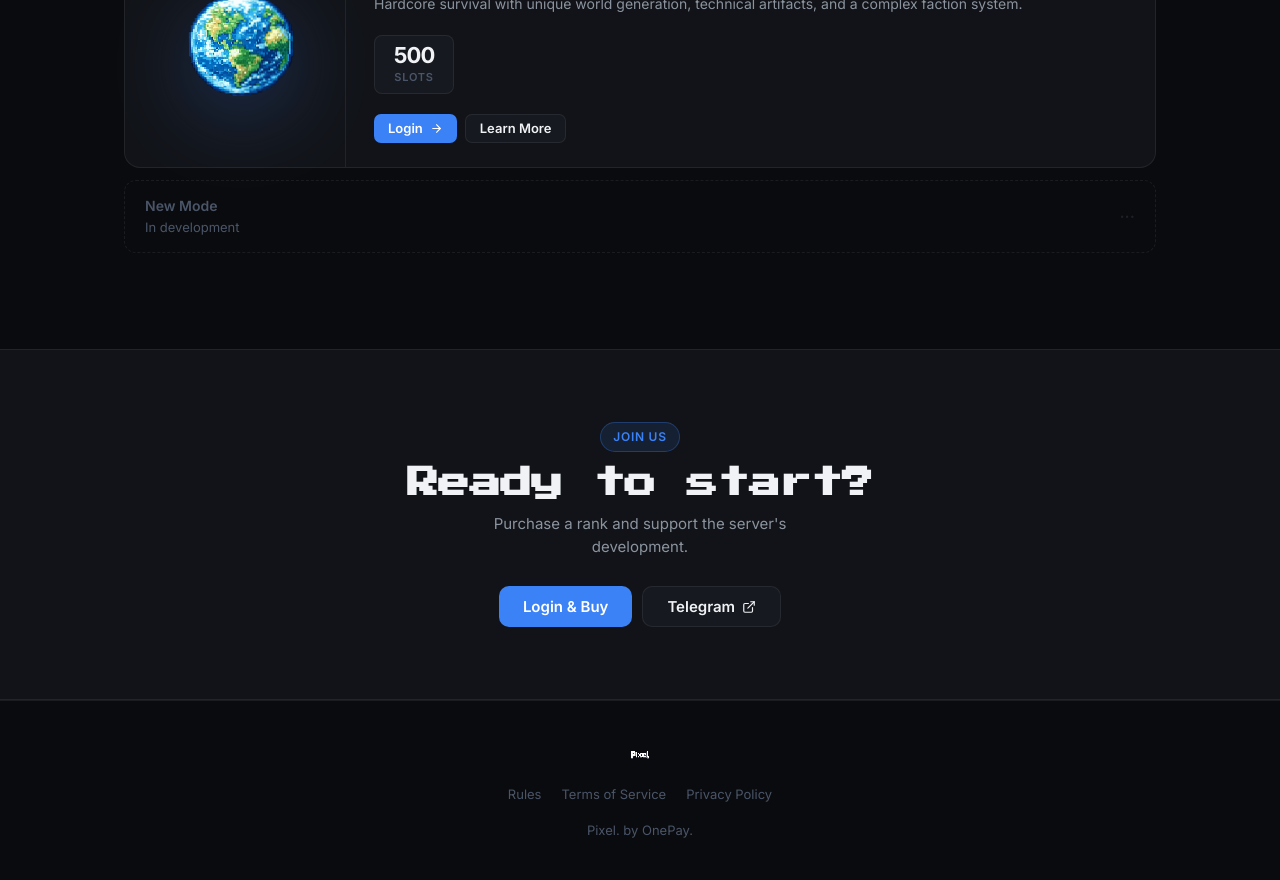
Repository: vanzero1448/sdfsdfsdfsdfsdfvhjvdfbudfgib
Page: / (app in front/)
An editor plug-in stored every save of this project. The page is shown before and after a run of saves, followed by the edit.
The browser window is 1280 px wide. The pictures show the part of the page from y = 997 to 1949 px (the page is 1877 px tall before and 1949 px after).
Some web libraries are served in a nearby version. The project was rebuilt for these pictures with package versions that can differ from the ones it lists, and the page was loaded fresh each time. Also part of the build but not shown: front/next.config.mjs, front/vite.config.ts, front/app/Donate.tsx, front/app/Community.tsx, front/app/Rules.tsx.

Above is the page before, as saved 2026-02-21 22:01:39.

### front/index.html
<!doctype html>
<html lang="ru">
  <head>
    <meta charset="UTF-8" />
    <meta name="viewport" content="width=device-width, initial-scale=1.0" />
    <title>IceTale | Hytale Server</title>
    <script src="https://cdn.tailwindcss.com"></script>
    <link
      href="https://fonts.googleapis.com/css2?family=Press+Start+2P&family=VT323&display=swap"
      rel="stylesheet"
    />
    <style>
      :root {
        --accent: #67e8f9;
      }
      body {
        font-family: "VT323", monospace;
        background-color: #0b162d;
        color: #e2e8f0;
        overflow-x: hidden;
        image-rendering: pixelated;
      }
      h1,
      h2,
      h3,
      h4,
      h5,
      h6 {
        font-family: "Press Start 2P", cursive;
      }

      /* Pixel scrollbar */
      ::-webkit-scrollbar {
        width: 18px;
      }
      ::-webkit-scrollbar-track {
        background: #0b162d;
        border-left: 3px solid #334155;
      }
      ::-webkit-scrollbar-thumb {
        background: #67e8f9;
        border: 3px solid #0b162d;
        box-shadow: inset 0 0 0 2px #000;
      }

      .pixel-box {
        background: #162a4a;
        border: 4px solid #000;
        box-shadow: 10px 10px 0 #000;
      }

      .pixel-btn {
        display: inline-block;
        border: 4px solid #000;
        background-color: #67e8f9;
        color: #0b162d;
        font-family: "VT323", monospace;
        font-size: 1.6rem;
        text-transform: uppercase;
        padding: 16px 32px;
        cursor: pointer;
        box-shadow:
          inset -6px -6px 0 rgba(0, 0, 0, 0.6),
          inset 6px 6px 0 rgba(255, 255, 255, 0.4);
        transition: all 0.1s linear;
      }
      .pixel-btn:hover {
        background-color: #a5f3fc;
      }
      .pixel-btn:active {
        transform: translate(4px, 4px);
        box-shadow:
          inset -3px -3px 0 rgba(0, 0, 0, 0.6),
          inset 3px 3px 0 rgba(255, 255, 255, 0.4);
      }

      .neon-cyan {
        text-shadow:
          0 0 10px #67e8f9,
          0 0 20px #67e8f9,
          4px 4px 0 #000;
      }

      .text-shadow-pixel {
        text-shadow: 4px 4px 0 #000;
      }

      .scanlines {
        background: linear-gradient(
          to bottom,
          transparent 50%,
          rgba(0, 0, 0, 0.25) 50%
        );
        background-size: 100% 6px;
        position: fixed;
        inset: 0;
        pointer-events: none;
        z-index: 9999;
        opacity: 0.2;
        mix-blend-mode: overlay;
      }
    </style>
    <script type="importmap">
      {
        "imports": {
          "react-dom/": "https://esm.sh/react-dom@^19.2.4/",
          "@google/genai": "https://esm.sh/@google/genai@^1.42.0",
          "lucide-react": "https://esm.sh/lucide-react@^0.575.0",
          "react/": "https://esm.sh/react@^19.2.4/",
          "react": "https://esm.sh/react@^19.2.4"
        }
      }
    </script>
  </head>
  <body>
    <div id="root"></div>
    <script type="module" src="/index.tsx"></script>
  </body>
</html>

### front/index.tsx
import React from "react";
import ReactDOM from "react-dom/client";
import "./index.css";
import App from "./App";

const root = ReactDOM.createRoot(
  document.getElementById("root") as HTMLElement,
);

root.render(
  <React.StrictMode>
    <App />
  </React.StrictMode>,
);

### front/index.css
@import url("https://fonts.googleapis.com/css2?family=Inter:wght@300;400;500;600;700&display=swap");

*,
*::before,
*::after {
  box-sizing: border-box;
  margin: 0;
  padding: 0;
}

:root {
  --bg: #0a0b0e;
  --bg-1: #111318;
  --bg-2: #16191f;
  --bg-3: #1c2028;
  --line: rgba(255, 255, 255, 0.07);
  --line-hover: rgba(255, 255, 255, 0.13);
  --t1: #f0f2f5;
  --t2: #8b949e;
  --t3: #4a5568;
  --blue: #3b82f6;
  --blue-hover: #2563eb;
  --blue-dim: rgba(59, 130, 246, 0.12);
  --blue-line: rgba(59, 130, 246, 0.3);
}

html {
  scroll-behavior: smooth;
}

body {
  font-family:
    "Inter",
    -apple-system,
    BlinkMacSystemFont,
    sans-serif;
  background: var(--bg);
  color: var(--t1);
  -webkit-font-smoothing: antialiased;
  overflow-x: hidden;
}

::selection {
  background: rgba(59, 130, 246, 0.3);
}

::-webkit-scrollbar {
  width: 4px;
}
::-webkit-scrollbar-track {
  background: var(--bg);
}
::-webkit-scrollbar-thumb {
  background: var(--bg-3);
  border-radius: 4px;
}
::-webkit-scrollbar-thumb:hover {
  background: var(--t3);
}

/* ─── TYPOGRAPHY ─── */
h1,
h2,
h3 {
  letter-spacing: -0.03em;
  line-height: 1.1;
}

.label {
  font-size: 11px;
  font-weight: 600;
  letter-spacing: 0.1em;
  text-transform: uppercase;
  color: var(--blue);
}

/* ─── LAYOUT ─── */
.container {
  max-width: 1080px;
  margin: 0 auto;
  padding: 0 24px;
}
.container-sm {
  max-width: 720px;
  margin: 0 auto;
  padding: 0 24px;
}

/* ─── NAVBAR ─── */
.navbar {
  position: fixed;
  top: 0;
  left: 0;
  right: 0;
  z-index: 100;
  height: 60px;
  transition:
    background 0.2s,
    border-color 0.2s;
}
.navbar.solid {
  background: rgba(10, 11, 14, 0.9);
  backdrop-filter: blur(20px);
  border-bottom: 1px solid var(--line);
}
.navbar-inner {
  height: 60px;
  display: flex;
  align-items: center;
  justify-content: space-between;
  max-width: 1080px;
  margin: 0 auto;
  padding: 0 24px;
}
.logo {
  display: flex;
  align-items: center;
  gap: 10px;
  background: none;
  border: none;
  cursor: pointer;
  text-decoration: none;
}
.logo-icon {
  width: 30px;
  height: 30px;
  border-radius: 8px;
  background: var(--blue);
  display: flex;
  align-items: center;
  justify-content: center;
  font-size: 14px;
}
.logo-text {
  font-size: 15px;
  font-weight: 700;
  color: var(--t1);
  letter-spacing: -0.02em;
}
.logo-text span {
  color: var(--blue);
}
.nav-links {
  display: flex;
  align-items: center;
  gap: 2px;
}
.nav-link {
  font-size: 14px;
  font-weight: 500;
  color: var(--t2);
  padding: 6px 12px;
  border-radius: 8px;
  background: none;
  border: none;
  cursor: pointer;
  transition:
    color 0.15s,
    background 0.15s;
  text-decoration: none;
  white-space: nowrap;
}
.nav-link:hover {
  color: var(--t1);
  background: var(--bg-2);
}
.nav-link.active {
  color: var(--t1);
}
.nav-sep {
  width: 1px;
  height: 18px;
  background: var(--line);
  margin: 0 8px;
}
.online-dot {
  width: 7px;
  height: 7px;
  border-radius: 50%;
  background: #22c55e;
  box-shadow: 0 0 6px rgba(34, 197, 94, 0.6);
}
.nav-mobile-btn {
  display: none;
  background: none;
  border: none;
  cursor: pointer;
  color: var(--t2);
  padding: 4px;
}
.nav-mobile-menu {
  position: absolute;
  top: 60px;
  left: 0;
  right: 0;
  background: rgba(10, 11, 14, 0.97);
  backdrop-filter: blur(20px);
  border-bottom: 1px solid var(--line);
  padding: 8px 16px 16px;
}
.nav-mobile-link {
  display: block;
  width: 100%;
  text-align: left;
  font-size: 15px;
  font-weight: 500;
  color: var(--t2);
  padding: 12px 12px;
  border-radius: 8px;
  background: none;
  border: none;
  cursor: pointer;
  transition:
    color 0.15s,
    background 0.15s;
}
.nav-mobile-link:hover,
.nav-mobile-link.active {
  color: var(--t1);
  background: var(--bg-2);
}

/* ─── BUTTONS ─── */
.btn {
  display: inline-flex;
  align-items: center;
  gap: 7px;
  font-family: "Inter", sans-serif;
  font-weight: 600;
  font-size: 14px;
  padding: 9px 18px;
  border-radius: 9px;
  border: none;
  cursor: pointer;
  transition: all 0.15s;
  text-decoration: none;
  white-space: nowrap;
  line-height: 1;
}
.btn-blue {
  background: var(--blue);
  color: #fff;
}
.btn-blue:hover {
  background: var(--blue-hover);
}
.btn-white {
  background: var(--t1);
  color: #0a0b0e;
}
.btn-white:hover {
  background: #d8dde3;
}
.btn-ghost {
  background: var(--bg-2);
  color: var(--t1);
  border: 1px solid var(--line);
}
.btn-ghost:hover {
  background: var(--bg-3);
  border-color: var(--line-hover);
}
.btn-sm {
  padding: 7px 14px;
  font-size: 13px;
  border-radius: 7px;
}
.btn-lg {
  padding: 12px 24px;
  font-size: 15px;
  border-radius: 10px;
}

/* ─── CARDS ─── */
.card {
  background: var(--bg-1);
  border: 1px solid var(--line);
  border-radius: 16px;
  transition: border-color 0.2s;
}
.card:hover {
  border-color: var(--line-hover);
}
.card-inner {
  padding: 28px;
}

/* ─── HERO ─── */
.hero {
  position: relative;
  min-height: 100vh;
  display: flex;
  align-items: center;
  overflow: hidden;
}
.hero-bg {
  position: absolute;
  inset: 0;
  background-size: cover;
  background-position: center;
  background-repeat: no-repeat;
}
.hero-scrim {
  position: absolute;
  inset: 0;
  background: linear-gradient(
    to bottom,
    rgba(10, 11, 14, 0.55) 0%,
    rgba(10, 11, 14, 0.35) 40%,
    rgba(10, 11, 14, 0.75) 100%
  );
}
.hero-content {
  position: relative;
  z-index: 2;
  padding-top: 60px;
}

/* ─── SECTION ─── */
.section {
  padding: 96px 0;
}
.section-sm {
  padding: 64px 0;
}
.section-head {
  margin-bottom: 56px;
}
.section-head-center {
  text-align: center;
  margin-bottom: 56px;
}

/* ─── TAG ─── */
.tag {
  display: inline-flex;
  align-items: center;
  gap: 6px;
  font-size: 12px;
  font-weight: 600;
  letter-spacing: 0.06em;
  text-transform: uppercase;
  background: var(--blue-dim);
  color: var(--blue);
  border: 1px solid var(--blue-line);
  padding: 5px 12px;
  border-radius: 20px;
}

/* ─── STATUS PILL ─── */
.status-pill {
  display: inline-flex;
  align-items: center;
  gap: 8px;
  background: rgba(255, 255, 255, 0.05);
  border: 1px solid var(--line);
  border-radius: 20px;
  padding: 6px 16px;
  font-size: 13px;
  font-weight: 500;
  backdrop-filter: blur(10px);
}

/* ─── STAT ─── */
.stat-grid {
  display: grid;
  gap: 1px;
  background: var(--line);
  border: 1px solid var(--line);
  border-radius: 14px;
  overflow: hidden;
}
.stat-item {
  background: var(--bg-1);
  padding: 20px 24px;
}
.stat-value {
  font-size: 22px;
  font-weight: 700;
  color: var(--t1);
  letter-spacing: -0.04em;
}
.stat-label {
  font-size: 12px;
  color: var(--t2);
  margin-top: 3px;
}

/* ─── FEATURE ROW ─── */
.feat-row {
  display: flex;
  align-items: center;
  gap: 10px;
  padding: 10px 0;
  font-size: 14px;
  color: var(--t2);
  border-bottom: 1px solid var(--line);
}
.feat-row:last-child {
  border-bottom: none;
}
.feat-row::before {
  content: "";
  width: 6px;
  height: 6px;
  border-radius: 50%;
  background: var(--blue);
  flex-shrink: 0;
}

/* ─── RANK CARD ─── */
.rank-vip {
  --rc: #22c55e;
}
.rank-premium {
  --rc: #818cf8;
}
.rank-legend {
  --rc: #f97316;
}
.rank-card {
  background: var(--bg-1);
  border: 1px solid var(--line);
  border-radius: 16px;
  position: relative;
  overflow: hidden;
  display: flex;
  flex-direction: column;
  transition:
    border-color 0.25s,
    transform 0.25s;
}
.rank-card:hover {
  border-color: var(--rc);
  transform: translateY(-4px);
}
.rank-card-top {
  height: 3px;
  background: var(--rc);
}
.rank-price {
  font-size: 36px;
  font-weight: 700;
  letter-spacing: -0.04em;
  color: var(--t1);
}
.rank-currency {
  font-size: 16px;
  font-weight: 600;
  color: var(--t2);
  margin-left: 2px;
}
.rank-btn {
  width: 100%;
  padding: 10px;
  border-radius: 8px;
  font-size: 14px;
  font-weight: 600;
  background: color-mix(in srgb, var(--rc) 12%, transparent);
  border: 1px solid color-mix(in srgb, var(--rc) 30%, transparent);
  color: var(--rc);
  cursor: pointer;
  transition: all 0.2s;
}
.rank-btn:hover {
  background: color-mix(in srgb, var(--rc) 22%, transparent);
}
.rank-feat {
  display: flex;
  align-items: center;
  gap: 8px;
  padding: 8px 0;
  font-size: 13.5px;
  color: var(--t2);
  border-bottom: 1px solid var(--line);
}
.rank-feat:last-child {
  border-bottom: none;
}
.rank-feat-check {
  width: 16px;
  height: 16px;
  border-radius: 50%;
  background: color-mix(in srgb, var(--rc) 15%, transparent);
  display: flex;
  align-items: center;
  justify-content: center;
  flex-shrink: 0;
  font-size: 9px;
  color: var(--rc);
}

/* ─── SOCIAL ─── */
.social-card {
  background: var(--bg-1);
  border: 1px solid var(--line);
  border-radius: 16px;
  padding: 28px;
  transition:
    border-color 0.2s,
    transform 0.2s;
  display: flex;
  flex-direction: column;
}
.social-card:hover {
  border-color: var(--line-hover);
  transform: translateY(-2px);
}
.social-icon-wrap {
  width: 44px;
  height: 44px;
  border-radius: 11px;
  display: flex;
  align-items: center;
  justify-content: center;
  margin-bottom: 20px;
  font-size: 20px;
}

/* ─── CHAT ─── */
.chat-window {
  position: fixed;
  bottom: 20px;
  right: 20px;
  z-index: 200;
  width: 340px;
  height: 480px;
  background: var(--bg-1);
  border: 1px solid var(--line);
  border-radius: 18px;
  display: flex;
  flex-direction: column;
  box-shadow: 0 24px 64px rgba(0, 0, 0, 0.6);
}
.chat-toggle {
  position: fixed;
  bottom: 20px;
  right: 20px;
  z-index: 200;
}
.chat-bubble-user {
  align-self: flex-end;
  max-width: 80%;
  background: var(--blue);
  color: #fff;
  border-radius: 14px 14px 3px 14px;
  padding: 10px 14px;
  font-size: 14px;
  line-height: 1.5;
}
.chat-bubble-bot {
  align-self: flex-start;
  max-width: 80%;
  background: var(--bg-2);
  border: 1px solid var(--line);
  color: var(--t1);
  border-radius: 14px 14px 14px 3px;
  padding: 10px 14px;
  font-size: 14px;
  line-height: 1.5;
}

/* ─── FOOTER ─── */
.footer {
  border-top: 1px solid var(--line);
  background: var(--bg);
  padding: 40px 0;
}

/* ─── ANIMATIONS ─── */
.fade-in {
  animation: fadeIn 0.5s ease both;
}
.fade-up {
  animation: fadeUp 0.55s ease both;
}
@keyframes fadeIn {
  from {
    opacity: 0;
  }
  to {
    opacity: 1;
  }
}
@keyframes fadeUp {
  from {
    opacity: 0;
    transform: translateY(16px);
  }
  to {
    opacity: 1;
    transform: translateY(0);
  }
}
.d1 {
  animation-delay: 0.05s;
}
.d2 {
  animation-delay: 0.12s;
}
.d3 {
  animation-delay: 0.19s;
}
.d4 {
  animation-delay: 0.26s;
}

/* ─── DIVIDER ─── */
.divider {
  height: 1px;
  background: var(--line);
}

/* ─── GRID ─── */
.grid-3 {
  display: grid;
  grid-template-columns: repeat(3, 1fr);
  gap: 16px;
}
.grid-2 {
  display: grid;
  grid-template-columns: repeat(2, 1fr);
  gap: 16px;
}
@media (max-width: 768px) {
  .grid-3,
  .grid-2 {
    grid-template-columns: 1fr;
  }
  .nav-links,
  .nav-sep {
    display: none;
  }
  .nav-mobile-btn {
    display: flex;
  }
  .section {
    padding: 64px 0;
  }
  .section-head {
    margin-bottom: 36px;
  }
  .section-head-center {
    margin-bottom: 36px;
  }
}
@media (max-width: 640px) {
  .hero-title {
    font-size: 48px !important;
  }
}

/* ─── MISC ─── */
.text-blue {
  color: var(--blue);
}
.text-t2 {
  color: var(--t2);
}
.text-t3 {
  color: var(--t3);
}
.border-top {
  border-top: 1px solid var(--line);
}

.pill {
  display: inline-block;
  font-size: 11px;
  font-weight: 700;
  letter-spacing: 0.06em;
  text-transform: uppercase;
  background: var(--blue);
  color: #fff;
  padding: 3px 10px;
  border-radius: 20px;
}

### front/App.tsx
import React, { useState, useEffect } from "react";
import { Navbar } from "./components/Navbar";
import { Footer } from "./components/Footer";
import { Home } from "./app/Home";
import { Donate } from "./app/Donate";
import { Community } from "./app/Community";
import { Rules } from "./app/Rules";
import { Page } from "./types";

export default function App() {
  const [page, setPage] = useState<Page>(Page.HOME);
  useEffect(() => {
    window.scrollTo({ top: 0, behavior: "smooth" });
  }, [page]);

  const render = () => {
    switch (page) {
      case Page.HOME:
        return <Home onNavigate={setPage} />;
      case Page.DONATE:
        return <Donate />;
      case Page.COMMUNITY:
        return <Community />;
      case Page.RULES:
        return <Rules />;
      default:
        return <Home onNavigate={setPage} />;
    }
  };

  return (
    <>
      <Navbar currentPage={page} onNavigate={setPage} />
      <main>{render()}</main>
      <Footer />
    </>
  );
}

### front/components/Navbar.tsx
import React, { useState, useEffect } from "react";
import { Menu, X } from "lucide-react";
import { Page, NavItem } from "../types";

interface Props {
  currentPage: Page;
  onNavigate: (p: Page) => void;
}

const LINKS: NavItem[] = [
  { label: "Home", page: Page.HOME },
  { label: "Store", page: Page.DONATE },
  { label: "Rules", page: Page.RULES },
  { label: "Community", page: Page.COMMUNITY },
];

export const Navbar: React.FC<Props> = ({ currentPage, onNavigate }) => {
  const [solid, setSolid] = useState(false);
  const [open, setOpen] = useState(false);

  useEffect(() => {
    const fn = () => setSolid(window.scrollY > 20);
    window.addEventListener("scroll", fn);
    return () => window.removeEventListener("scroll", fn);
  }, []);

  const go = (p: Page) => {
    onNavigate(p);
    setOpen(false);
  };

  return (
    <nav className={`navbar ${solid ? "solid" : ""}`}>
      <div className="navbar-inner">
        {/* Логотип (только картинка, без текста) */}
        <button
          className="logo"
          onClick={() => go(Page.HOME)}
          style={{
            padding: 0,
            border: "none",
            background: "transparent",
            cursor: "pointer",
            display: "flex",
            alignItems: "center",
          }}
        >
          <img
            src="/img/ice.png"
            alt="Pixel Logo"
            style={{ width: 100, height: 600, objectFit: "contain" }}
          />
        </button>

        <div className="nav-links">
          {LINKS.map((l) => (
            <button
              key={l.page}
              className={`nav-link ${currentPage === l.page ? "active" : ""}`}
              onClick={() => go(l.page)}
            >
              {l.label}
            </button>
          ))}
          <div className="nav-sep" />
          <div style={{ display: "flex", alignItems: "center", gap: 6 }}>
            <div className="online-dot" />
            <span style={{ fontSize: 13, color: "var(--t2)", fontWeight: 500 }}>
              Online
            </span>
          </div>
        </div>

        <button className="nav-mobile-btn" onClick={() => setOpen(!open)}>
          {open ? <X size={20} /> : <Menu size={20} />}
        </button>
      </div>

      {open && (
        <div className="nav-mobile-menu">
          {LINKS.map((l) => (
            <button
              key={l.page}
              className={`nav-mobile-link ${currentPage === l.page ? "active" : ""}`}
              onClick={() => go(l.page)}
            >
              {l.label}
            </button>
          ))}
        </div>
      )}
    </nav>
  );
};

### front/components/Footer.tsx
import React from "react";

export const Footer: React.FC = () => (
  <footer className="footer">
    <div className="container">
      <div
        style={{
          display: "flex",
          flexDirection: "column",
          alignItems: "center",
          gap: 16,
          textAlign: "center",
        }}
      >
        {/* Логотип без текста */}
        <div
          style={{
            display: "flex",
            alignItems: "center",
            justifyContent: "center",
          }}
        >
          <img
            src="/img/ice.png"
            alt="Pixel Logo"
            style={{ width: 28, height: 28, objectFit: "contain" }}
          />
        </div>

        <div
          style={{
            display: "flex",
            gap: 20,
            flexWrap: "wrap",
            justifyContent: "center",
          }}
        >
          {["Rules", "Terms of Service", "Privacy Policy"].map((l) => (
            <a
              key={l}
              href="#"
              style={{
                fontSize: 13,
                color: "var(--t3)",
                textDecoration: "none",
              }}
              onMouseEnter={(e) => (e.currentTarget.style.color = "var(--t2)")}
              onMouseLeave={(e) => (e.currentTarget.style.color = "var(--t3)")}
            >
              {l}
            </a>
          ))}
        </div>
        <p style={{ fontSize: 13, color: "var(--t3)" }}>Pixel. by OnePay.</p>
      </div>
    </div>
  </footer>
);

### front/types.ts
export enum Page {
  HOME = "HOME",
  DONATE = "DONATE",
  COMMUNITY = "COMMUNITY",
  RULES = "RULES",
}

export interface NavItem {
  label: string;
  page: Page;
}

export interface Rank {
  id: string;
  name: string;
  price: number;
  features: string[];
  color: string;
  popular?: boolean;
}

export interface ChatMessage {
  id: string;
  role: "user" | "model";
  text: string;
  timestamp: Date;
}

Loaded but not shown: front/app/Home.tsx (412 lines, source omitted)

After the next 3 saves:
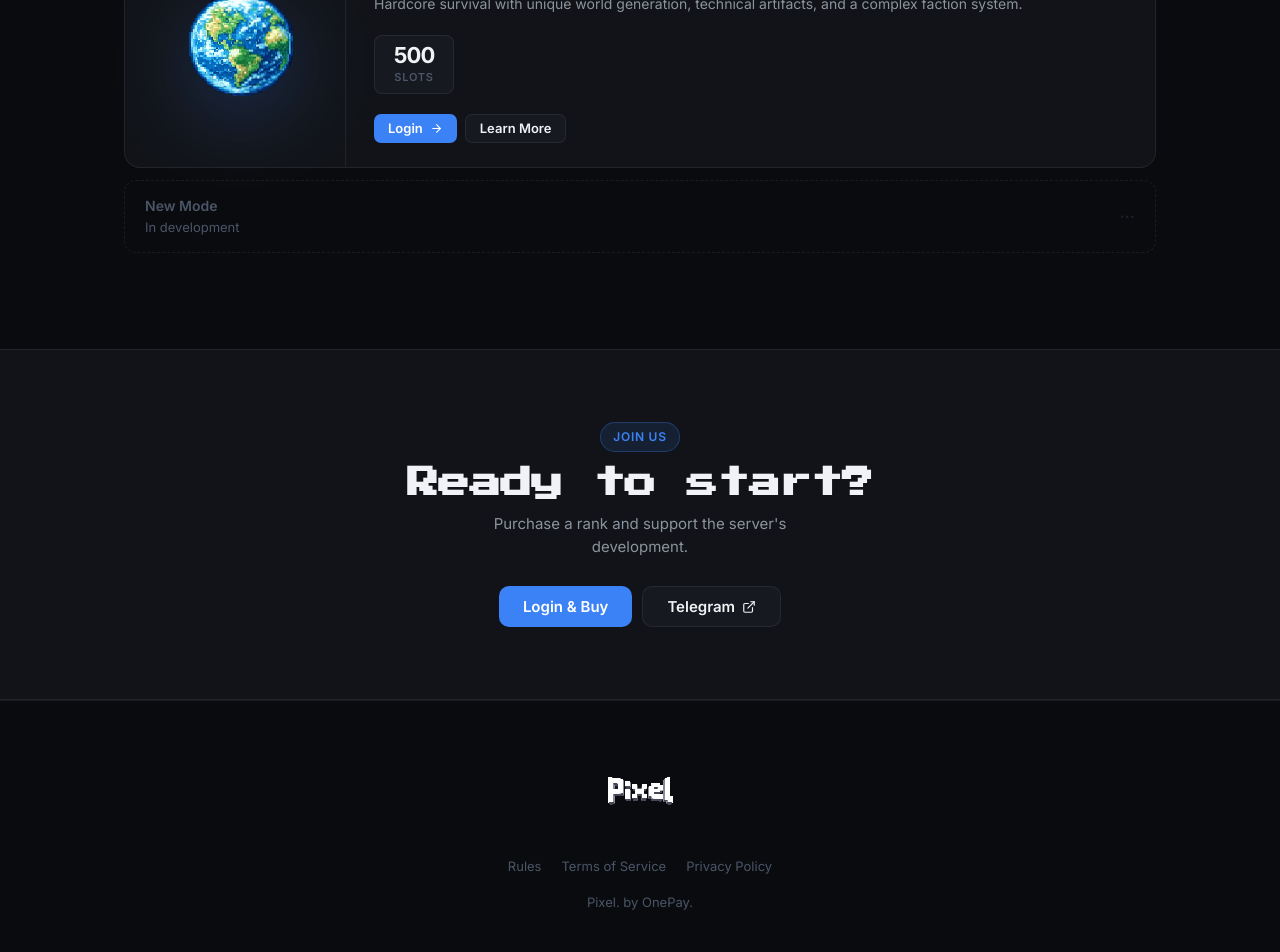
The 3 saves are shown as one change because they came seconds apart.
The last was saved 23 s later.
--- a/front/components/Footer.tsx
+++ b/front/components/Footer.tsx
@@ -23,7 +23,7 @@ export const Footer: React.FC = () => (
           <img
             src="/img/ice.png"
             alt="Pixel Logo"
-            style={{ width: 28, height: 28, objectFit: "contain" }}
+            style={{ width: 100, height: 100, objectFit: "contain" }}
           />
         </div>
 
